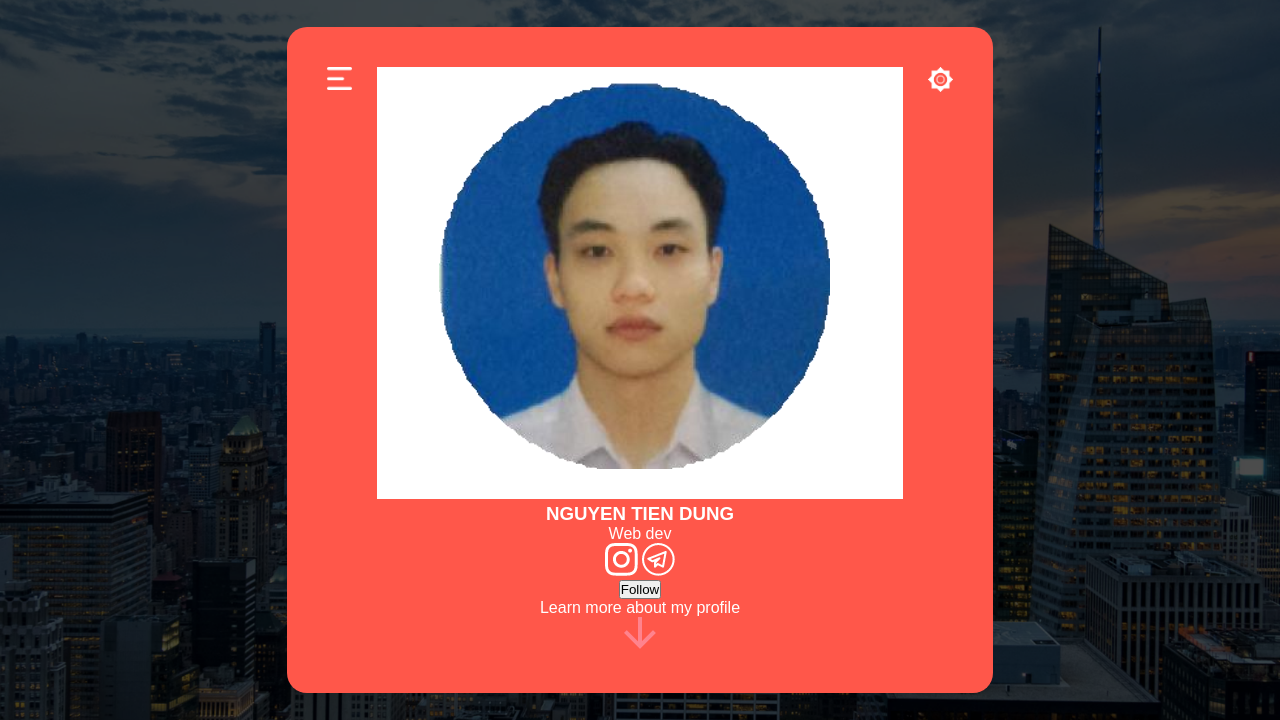
Repository: linhvuong864/profile
Page: Nguyen Tien Dung/index.html
These files come from the project's save history. The page is drawn as it stood at one moment and after the next save; the edit follows.
The browser window is 1280 px wide. The pictures show the whole page.

Above is the page before, as saved 2023-02-27 23:36:02.

After the next save:
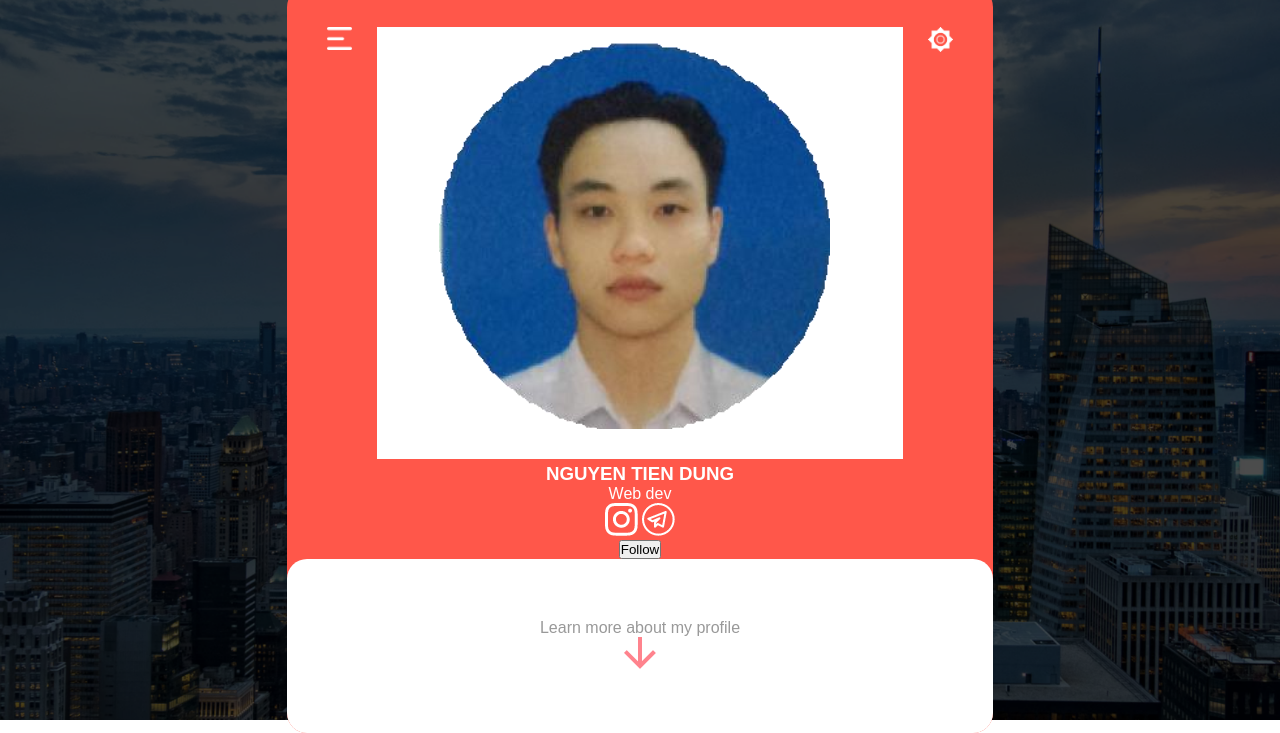
Saved 117 s later.
--- a/Nguyen Tien Dung/style.css
+++ b/Nguyen Tien Dung/style.css
@@ -35,3 +35,14 @@
     right: 40px;
     top: 40px;
 }
+
+.profile-bottom{
+    background-color: #fff;
+    color: #999;
+     padding: 60px 0;
+     margin-left: -90px;
+     margin-right: -90px;
+     margin-bottom: -40px;
+     border-radius: 20px;
+
+}
